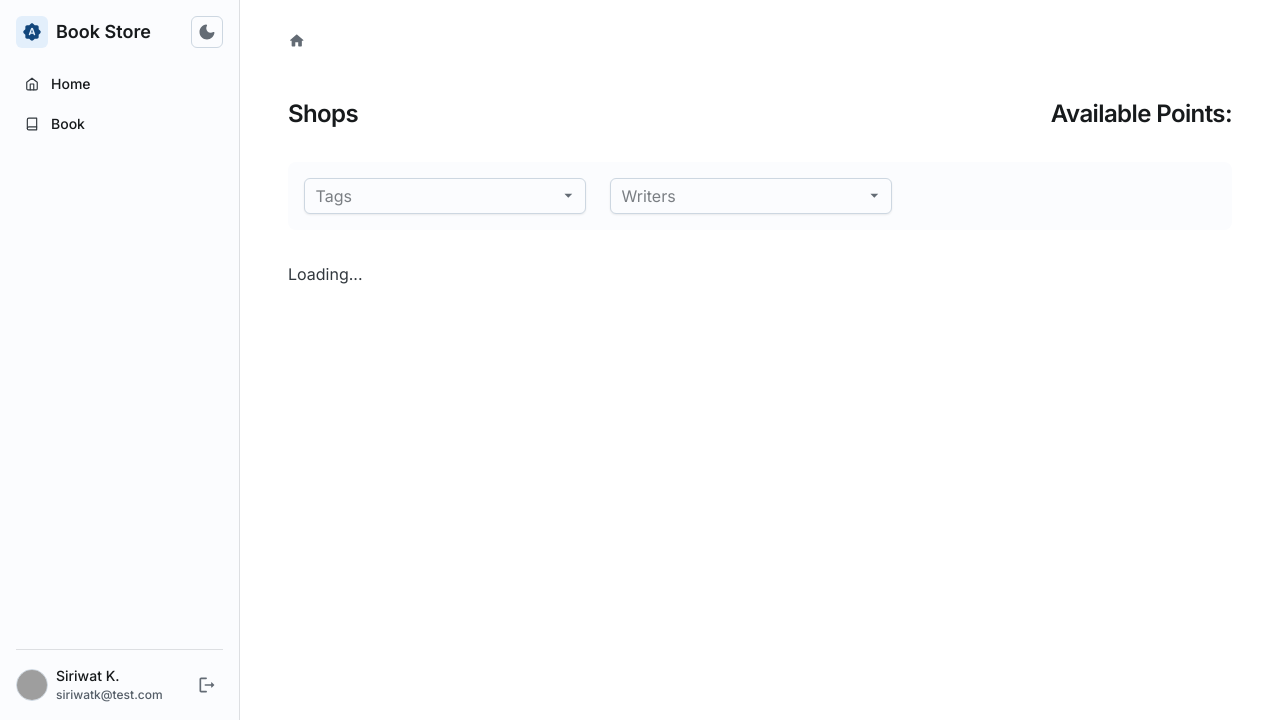
Repository: LaurentiusKevin/bookstore-fe
Page: /
These files come from the project's save history. The page is drawn as it stood at one moment and after the next save; the edit follows.
The browser window is 1280 px wide. The pictures show the whole page.
Pictures or frames that could not be fetched are drawn as grey boxes. The page's requests for data from a server got no answer. The project was rebuilt for these pictures with package versions that can differ from the ones it lists, and the page was loaded fresh each time. The framework's server and built-in components were replaced by stand-ins that run in the browser. No one was signed in, and anything a server would have sent is missing. Also part of the build but not shown: next.config.mjs, src/components/book-card.tsx.

Above is the page before, as saved 2024-04-07 05:49:49.

### src/app/layout.tsx
import type { Metadata } from "next";
import { Inter } from "next/font/google";
import "@fontsource/inter";
import ThemeRegistry from "@/components/admin/theme-registry";
import { Providers } from "@/providers";
import { ReactNode } from "react";

const inter = Inter({ subsets: ["latin"] });

export const metadata: Metadata = {
  title: "Create Next App",
  description: "Generated by create next app",
};

export default function RootLayout({
  children,
}: Readonly<{
  children: ReactNode;
}>) {
  return (
    <html lang="en">
      <body suppressHydrationWarning={true}>
        <ThemeRegistry options={{ key: "joy" }}>
          <Providers>{children}</Providers>
        </ThemeRegistry>
      </body>
    </html>
  );
}

### src/app/page.tsx
"use client";

import { bookListAPI, bookPurchaseAPI } from "@/apis/book.api";
import { latestPointAPI } from "@/apis/point.api";
import { tagListAPI } from "@/apis/tag.api";
import { writerListAPI } from "@/apis/writer.api";
import AdminLayout from "@/components/admin/admin-layout";
import BookCard from "@/components/book-card";
import { BookResponse, TagListParams, WriterListParams } from "@/interfaces";
import {
  AspectRatio,
  Autocomplete,
  Box,
  Button,
  Card,
  CardContent,
  Stack,
  Typography,
} from "@mui/joy";
import { useRouter } from "next/navigation";
import { useEffect, useRef, useState } from "react";

export default function Home() {
  const route = useRouter();
  const [page, setPage] = useState(1);
  const [pageSize, setPageSize] = useState(10);
  const [maxPage, setMaxPage] = useState(1);
  const [isLoading, setIsLoading] = useState(false);
  const [books, setBooks] = useState<BookResponse[]>([]);
  const [availablePoint, setAvailablePoint] = useState<number>(0);
  const [writerList, setWriterList] = useState<WriterListParams[]>([]);
  const [tagList, setTagList] = useState<TagListParams[]>([]);
  const [selectedTag, setSelectedTag] = useState<string[]>([]);
  const loaderRef = useRef(null);

  const token = localStorage.getItem("token");

  const initWriterList = async () => {
    const writer = await writerListAPI();

    setWriterList(writer?.data.data);
  };

  const initTagList = async () => {
    const tags = await tagListAPI();

    setTagList(tags?.data.data);
  };

  const initLatestPoint = async () => {
    const res = await latestPointAPI();
    setAvailablePoint(res?.data.data);
  };

  const initBookList = async () => {
    setIsLoading(true);
    const res = await bookListAPI({ page: page, pageSize: pageSize });

    if (res?.data.data.books) {
      setIsLoading(false);
      setBooks((prev) => [...prev, ...res?.data.data.books]);
      setMaxPage(res?.data.data.totalPage);
    }
  };

  const purchase = async (book_id: number) => {
    await bookPurchaseAPI(book_id);
    initLatestPoint();
  };

  useEffect(() => {
    initBookList();
    initLatestPoint();
  }, [page]);

  useEffect(() => {
    const options = {
      root: null,
      rootMargin: "0px",
      threshold: 0.8, // 80% from the top
    };

    const observer = new IntersectionObserver((entries) => {
      entries.forEach((entry) => {
        if (entry.isIntersecting && page <= maxPage) {
          setPage((prevPage) => prevPage + 1); // Load more data when the threshold is reached
        }
      });
    }, options);

    if (loaderRef.current) {
      observer.observe(loaderRef.current);
    }

    return () => {
      if (loaderRef.current) {
        observer.unobserve(loaderRef.current);
      }
    };
  }, []);

  return (
    <AdminLayout>
      <Box
        sx={{
          display: "flex",
          justifyContent: "space-between",
        }}
      >
        <Typography level="h3">Shops</Typography>
        <Typography level="h3">Available Points: {availablePoint}</Typography>
      </Box>
      <Card color="grey">
        <CardContent>
          <Stack flexDirection="row" gap={3}>
            <Autocomplete
              placeholder="Tags"
              multiple
              options={tagList?.map((item) => item.title) ?? []}
              onChange={(event, newValue) => setSelectedTag(newValue)}
            />
            <Autocomplete
              placeholder="Writers"
              multiple
              options={tagList?.map((item) => item.title) ?? []}
              onChange={(event, newValue) => setSelectedTag(newValue)}
            />
          </Stack>
        </CardContent>
      </Card>
      <Stack flexDirection="row" flexWrap="wrap" gap={2}>
        {books?.map((item, key) => (
          <BookCard item={item} purchase={purchase} />
        ))}
        <div ref={loaderRef}>Loading...</div>
      </Stack>
    </AdminLayout>
  );
}

### src/components/admin/theme-registry.tsx
"use client";
import createCache from "@emotion/cache";
import { useServerInsertedHTML } from "next/navigation";
import { CacheProvider } from "@emotion/react";
import { CssVarsProvider } from "@mui/joy/styles";
import CssBaseline from "@mui/joy/CssBaseline";
import * as React from "react";
import { ReactNode } from "react";

// This implementation is from emotion-js
// https://github.com/emotion-js/emotion/issues/2928#issuecomment-1319747902
export default function ThemeRegistry(props: {
  options: { key: string };
  children: ReactNode;
}) {
  const { options, children } = props;

  const [{ cache, flush }] = React.useState(() => {
    const cache = createCache(options);
    cache.compat = true;
    const prevInsert = cache.insert;
    let inserted: string[] = [];
    cache.insert = (...args) => {
      const serialized = args[1];
      if (cache.inserted[serialized.name] === undefined) {
        inserted.push(serialized.name);
      }
      return prevInsert(...args);
    };
    const flush = () => {
      const prevInserted = inserted;
      inserted = [];
      return prevInserted;
    };
    return { cache, flush };
  });

  useServerInsertedHTML(() => {
    const names = flush();
    if (names.length === 0) {
      return null;
    }
    let styles = "";
    for (const name of names) {
      styles += cache.inserted[name];
    }
    return (
      <style
        key={cache.key}
        data-emotion={`${cache.key} ${names.join(" ")}`}
        dangerouslySetInnerHTML={{
          __html: styles,
        }}
      />
    );
  });

  return (
    <CacheProvider value={cache}>
      <CssVarsProvider>
        {/* the custom theme is optional */}
        <CssBaseline />
        {children}
      </CssVarsProvider>
    </CacheProvider>
  );
}

### src/providers.tsx
"use client";

import React, { ReactNode } from "react";

export function Providers({ children }: { children: ReactNode }) {
  return <>{children}</>;
}

### src/apis/book.api.ts
import { AxiosError, AxiosResponse } from "axios";
import axiosInstance from "./axios-instance";
import { BookCreateParams, PaginationParams } from "@/interfaces";

export async function bookListAPI(params: PaginationParams) {
  return await axiosInstance
    .get(`/book?page=${params.page || 1}&pageSize=${params.pageSize || 10}`)
    .then((response: AxiosResponse) => {
      return response;
    })
    .catch((error: AxiosError) => {
      console.error(error);
      return null;
    });
}

export async function bookCreateAPI(params: BookCreateParams) {
  return await axiosInstance
    .post(`/book`, params)
    .then((response: AxiosResponse) => {
      return response;
    })
    .catch((error: AxiosError) => {
      console.error(error);
      return null;
    });
}

export async function bookPurchaseAPI(book_id: number) {
  return await axiosInstance
    .post(`/user-purchase`, { book_id: book_id })
    .then((response: AxiosResponse) => {
      return response;
    })
    .catch((error: AxiosError) => {
      console.error(error);
      return null;
    });
}

### src/apis/point.api.ts
import { AxiosError, AxiosResponse } from "axios";
import axiosInstance from "./axios-instance";

export async function latestPointAPI() {
  return await axiosInstance
    .get(`/point/latest`)
    .then((response: AxiosResponse) => {
      return response;
    })
    .catch((error: AxiosError) => {
      console.error(error);
      return null;
    });
}

### src/apis/tag.api.ts
import { AxiosError, AxiosResponse } from "axios";
import axiosInstance from "./axios-instance";

export async function tagListAPI() {
  return await axiosInstance
    .get(`/tags`)
    .then((response: AxiosResponse) => {
      return response;
    })
    .catch((error: AxiosError) => {
      console.error(error);
      return null;
    });
}

### src/apis/writer.api.ts
import { AxiosError, AxiosResponse } from "axios";
import axiosInstance from "./axios-instance";

export async function writerListAPI() {
  return await axiosInstance
    .get(`/writers`)
    .then((response: AxiosResponse) => {
      return response;
    })
    .catch((error: AxiosError) => {
      console.error(error);
      return null;
    });
}

### src/components/admin/admin-layout.tsx
import { Box, CssBaseline, CssVarsProvider, Stack } from "@mui/joy";
import Sidebar from "@/components/admin/sidebar";
import Header from "@/components/admin/header";
import Typography from "@mui/joy/Typography";
import * as React from "react";
import { ReactNode } from "react";
import AdminBreadcrumbs from "@/components/admin/breadcrumbs";

export default function AdminLayout({
  children,
  contentMaxWidth = undefined,
  pageTitle = undefined,
}: {
  children?: ReactNode;
  contentMaxWidth?: string | undefined;
  pageTitle?: string;
}) {
  return (
    <CssVarsProvider disableTransitionOnChange>
      <CssBaseline />
      <Box sx={{ display: "flex", minHeight: "100dvh" }}>
        <Sidebar />
        <Header />
        <Box
          component="main"
          className="MainContent"
          sx={{
            pt: { xs: "calc(12px + var(--Header-height))", md: 3 },
            pb: { xs: 2, sm: 2, md: 3 },
            flex: 1,
            display: "flex",
            flexDirection: "column",
            minWidth: 0,
            height: "100dvh",
            gap: 1,
            overflow: "auto",
          }}
        >
          <Box sx={{ flex: 1, width: "100%" }}>
            <Box
              sx={{
                position: "sticky",
                top: { sm: -100, md: -110 },
                bgcolor: "background.body",
                // zIndex: 9995,
              }}
            >
              <Box sx={{ px: { xs: 2, md: 6 } }}>
                <AdminBreadcrumbs />
                <Typography level="h2" component="h1" sx={{ mt: 1, mb: 2 }}>
                  {pageTitle}
                </Typography>
              </Box>
              <Stack
                spacing={4}
                sx={{
                  display: "flex",
                  maxWidth: contentMaxWidth,
                  mx: "auto",
                  px: { xs: 2, md: 6 },
                  py: { xs: 2, md: 3 },
                }}
              >
                {children}
              </Stack>
            </Box>
          </Box>
        </Box>
      </Box>
    </CssVarsProvider>
  );
}

### src/apis/axios-instance.ts
import axios from "axios";

const axiosInstance = axios.create({
  baseURL: process.env.NEXT_PUBLIC_API_URL,
});

axiosInstance.interceptors.request.use(async (config) => {
  const accessToken = localStorage.getItem("token") || "";
  config.headers.authorization = accessToken;

  // if (isTokenExpired(accessToken)) {
  //   const newAccessToken = await getNewToken();

  //   config.headers.AuthToken = `${newAccessToken}`;
  // }

  return config;
});

export default axiosInstance;

### src/components/admin/sidebar.tsx
import * as React from "react";
import GlobalStyles from "@mui/joy/GlobalStyles";
import Avatar from "@mui/joy/Avatar";
import Box from "@mui/joy/Box";
import Chip from "@mui/joy/Chip";
import Divider from "@mui/joy/Divider";
import IconButton from "@mui/joy/IconButton";
import List from "@mui/joy/List";
import ListItem from "@mui/joy/ListItem";
import ListItemButton, { listItemButtonClasses } from "@mui/joy/ListItemButton";
import ListItemContent from "@mui/joy/ListItemContent";
import Typography from "@mui/joy/Typography";
import Sheet from "@mui/joy/Sheet";
import HomeRoundedIcon from "@mui/icons-material/HomeRounded";
import AssignmentRoundedIcon from "@mui/icons-material/AssignmentRounded";
import QuestionAnswerRoundedIcon from "@mui/icons-material/QuestionAnswerRounded";
import LogoutRoundedIcon from "@mui/icons-material/LogoutRounded";
import BrightnessAutoRoundedIcon from "@mui/icons-material/BrightnessAutoRounded";
import KeyboardArrowDownIcon from "@mui/icons-material/KeyboardArrowDown";

import ColorSchemeToggle from "@/components/admin/color-scheme-toggle";
import { closeSidebar } from "@/utils";
import { FiBook, FiHome } from "react-icons/fi";

function Toggler({
  defaultExpanded = false,
  renderToggle,
  children,
}: {
  defaultExpanded?: boolean;
  children: React.ReactNode;
  renderToggle: (params: {
    open: boolean;
    setOpen: React.Dispatch<React.SetStateAction<boolean>>;
  }) => React.ReactNode;
}) {
  const [open, setOpen] = React.useState(defaultExpanded);
  return (
    <React.Fragment>
      {renderToggle({ open, setOpen })}
      <Box
        sx={{
          display: "grid",
          gridTemplateRows: open ? "1fr" : "0fr",
          transition: "0.2s ease",
          "& > *": {
            overflow: "hidden",
          },
        }}
      >
        {children}
      </Box>
    </React.Fragment>
  );
}

export default function Sidebar() {
  return (
    <Sheet
      className="Sidebar"
      sx={{
        position: { xs: "fixed", md: "sticky" },
        transform: {
          xs: "translateX(calc(100% * (var(--SideNavigation-slideIn, 0) - 1)))",
          md: "none",
        },
        transition: "transform 0.4s, width 0.4s",
        zIndex: 3,
        height: "100dvh",
        width: "var(--Sidebar-width)",
        top: 0,
        p: 2,
        flexShrink: 0,
        display: "flex",
        flexDirection: "column",
        gap: 2,
        borderRight: "1px solid",
        borderColor: "divider",
      }}
    >
      <GlobalStyles
        styles={(theme) => ({
          ":root": {
            "--Sidebar-width": "220px",
            [theme.breakpoints.up("lg")]: {
              "--Sidebar-width": "240px",
            },
          },
        })}
      />
      <Box
        className="Sidebar-overlay"
        sx={{
          position: "fixed",
          zIndex: 4,
          top: 0,
          left: 0,
          width: "100vw",
          height: "100vh",
          opacity: "var(--SideNavigation-slideIn)",
          backgroundColor: "var(--joy-palette-background-backdrop)",
          transition: "opacity 0.4s",
          transform: {
            xs: "translateX(calc(100% * (var(--SideNavigation-slideIn, 0) - 1) + var(--SideNavigation-slideIn, 0) * var(--Sidebar-width, 0px)))",
            lg: "translateX(-100%)",
          },
        }}
        onClick={() => closeSidebar()}
      />
      <Box sx={{ display: "flex", gap: 1, alignItems: "center" }}>
        <IconButton variant="soft" color="primary" size="sm">
          <BrightnessAutoRoundedIcon />
        </IconButton>
        <Typography level="title-lg">Book Store</Typography>
        <ColorSchemeToggle sx={{ ml: "auto" }} />
      </Box>
      <Box
        sx={{
          minHeight: 0,
          overflow: "hidden auto",
          flexGrow: 1,
          display: "flex",
          flexDirection: "column",
          [`& .${listItemButtonClasses.root}`]: {
            gap: 1.5,
          },
        }}
      >
        <List
          size="sm"
          sx={{
            gap: 1,
            "--List-nestedInsetStart": "30px",
            "--ListItem-radius": (theme) => theme.vars.radius.sm,
          }}
        >
          <ListItem>
            <ListItemButton component="a" href="/admin">
              <FiHome />
              <ListItemContent>
                <Typography level="title-sm">Home</Typography>
              </ListItemContent>
            </ListItemButton>
          </ListItem>
          <ListItem>
            <ListItemButton component="a" href="/admin/book">
              <FiBook />
              <ListItemContent>
                <Typography level="title-sm">Book</Typography>
              </ListItemContent>
            </ListItemButton>
          </ListItem>
        </List>
      </Box>
      <Divider />
      <Box sx={{ display: "flex", gap: 1, alignItems: "center" }}>
        <Avatar
          variant="outlined"
          size="sm"
          src="https://images.unsplash.com/photo-1535713875002-d1d0cf377fde?auto=format&fit=crop&w=286"
        />
        <Box sx={{ minWidth: 0, flex: 1 }}>
          <Typography level="title-sm">Siriwat K.</Typography>
          <Typography level="body-xs">siriwatk@test.com</Typography>
        </Box>
        <IconButton size="sm" variant="plain" color="neutral">
          <LogoutRoundedIcon />
        </IconButton>
      </Box>
    </Sheet>
  );
}

### src/components/admin/header.tsx
import * as React from "react";
import GlobalStyles from "@mui/joy/GlobalStyles";
import IconButton from "@mui/joy/IconButton";
import Sheet from "@mui/joy/Sheet";
import MenuRoundedIcon from "@mui/icons-material/MenuRounded";
import { toggleSidebar } from "@/utils";

export default function Header() {
  return (
    <Sheet
      sx={{
        display: { xs: "flex", md: "none" },
        alignItems: "center",
        justifyContent: "space-between",
        position: "fixed",
        top: 0,
        width: "100vw",
        height: "var(--Header-height)",
        zIndex: 2,
        p: 2,
        gap: 1,
        borderBottom: "1px solid",
        borderColor: "background.level1",
        boxShadow: "sm",
      }}
    >
      <GlobalStyles
        styles={(theme) => ({
          ":root": {
            "--Header-height": "52px",
            [theme.breakpoints.up("md")]: {
              "--Header-height": "0px",
            },
          },
        })}
      />
      <IconButton
        onClick={() => toggleSidebar()}
        variant="outlined"
        color="neutral"
        size="sm"
      >
        <MenuRoundedIcon />
      </IconButton>
    </Sheet>
  );
}

### src/components/admin/breadcrumbs.tsx
"use client";

import ChevronRightRoundedIcon from "@mui/icons-material/ChevronRightRounded";
import Link from "@mui/joy/Link";
import HomeRoundedIcon from "@mui/icons-material/HomeRounded";
import Breadcrumbs from "@mui/joy/Breadcrumbs";
import * as React from "react";
import { usePathname } from "next/navigation";

export default function AdminBreadcrumbs() {
  const paths = usePathname();
  const pathNames = paths
    .replace("-", " ")
    .split("/")
    .filter((path) => path);

  return (
    <Breadcrumbs
      size="sm"
      aria-label="breadcrumbs"
      separator={<ChevronRightRoundedIcon />}
      sx={{ pl: 0 }}
    >
      <Link underline="none" color="neutral" href="/admin" aria-label="Home">
        <HomeRoundedIcon />
      </Link>
      {pathNames.map((item, key) => {
        if (key >= 0 && item != "admin") {
          let href = `/${pathNames.slice(0, key + 1).join("/")}`;

          return (
            <Link
              key={`admin-breadcrumb-${key}`}
              underline="hover"
              color="neutral"
              href={href}
              fontSize={12}
              fontWeight={500}
            >
              {item.charAt(0).toUpperCase() + item.slice(1)}
            </Link>
          );
        }
      })}
    </Breadcrumbs>
  );
}

### src/components/admin/color-scheme-toggle.tsx
import * as React from "react";
import { useColorScheme } from "@mui/joy/styles";
import IconButton, { IconButtonProps } from "@mui/joy/IconButton";

import DarkModeRoundedIcon from "@mui/icons-material/DarkModeRounded";
import LightModeIcon from "@mui/icons-material/LightMode";

export default function ColorSchemeToggle(props: IconButtonProps) {
  const { onClick, sx, ...other } = props;
  const { mode, setMode } = useColorScheme();
  const [mounted, setMounted] = React.useState(false);
  React.useEffect(() => {
    setMounted(true);
  }, []);
  if (!mounted) {
    return (
      <IconButton
        size="sm"
        variant="outlined"
        color="neutral"
        {...other}
        sx={sx}
        disabled
      />
    );
  }
  return (
    <IconButton
      id="toggle-mode"
      size="sm"
      variant="outlined"
      color="neutral"
      {...props}
      onClick={(event) => {
        if (mode === "light") {
          setMode("dark");
        } else {
          setMode("light");
        }
        onClick?.(event);
      }}
      sx={[
        {
          "& > *:first-of-type": {
            display: mode === "dark" ? "none" : "initial",
          },
          "& > *:last-of-type": {
            display: mode === "light" ? "none" : "initial",
          },
        },
        ...(Array.isArray(sx) ? sx : [sx]),
      ]}
    >
      <DarkModeRoundedIcon />
      <LightModeIcon />
    </IconButton>
  );
}

### src/utils.ts
import moment from "moment/moment";

export function openSidebar() {
  if (typeof window !== "undefined") {
    document.body.style.overflow = "hidden";
    document.documentElement.style.setProperty("--SideNavigation-slideIn", "1");
  }
}

export function closeSidebar() {
  if (typeof window !== "undefined") {
    document.documentElement.style.removeProperty("--SideNavigation-slideIn");
    document.body.style.removeProperty("overflow");
  }
}

export function toggleSidebar() {
  if (typeof window !== "undefined" && typeof document !== "undefined") {
    const slideIn = window
      .getComputedStyle(document.documentElement)
      .getPropertyValue("--SideNavigation-slideIn");
    if (slideIn) {
      closeSidebar();
    } else {
      openSidebar();
    }
  }
}

export function dateTimeFormat(datetime: string) {
  return moment(datetime).format("MMM DD, YYYY (hh:mm:ss)");
}

export function roundUp(num: number, precision: number): number {
  precision = Math.pow(10, precision);
  return Math.ceil(num * precision) / precision;
}

After the next save:
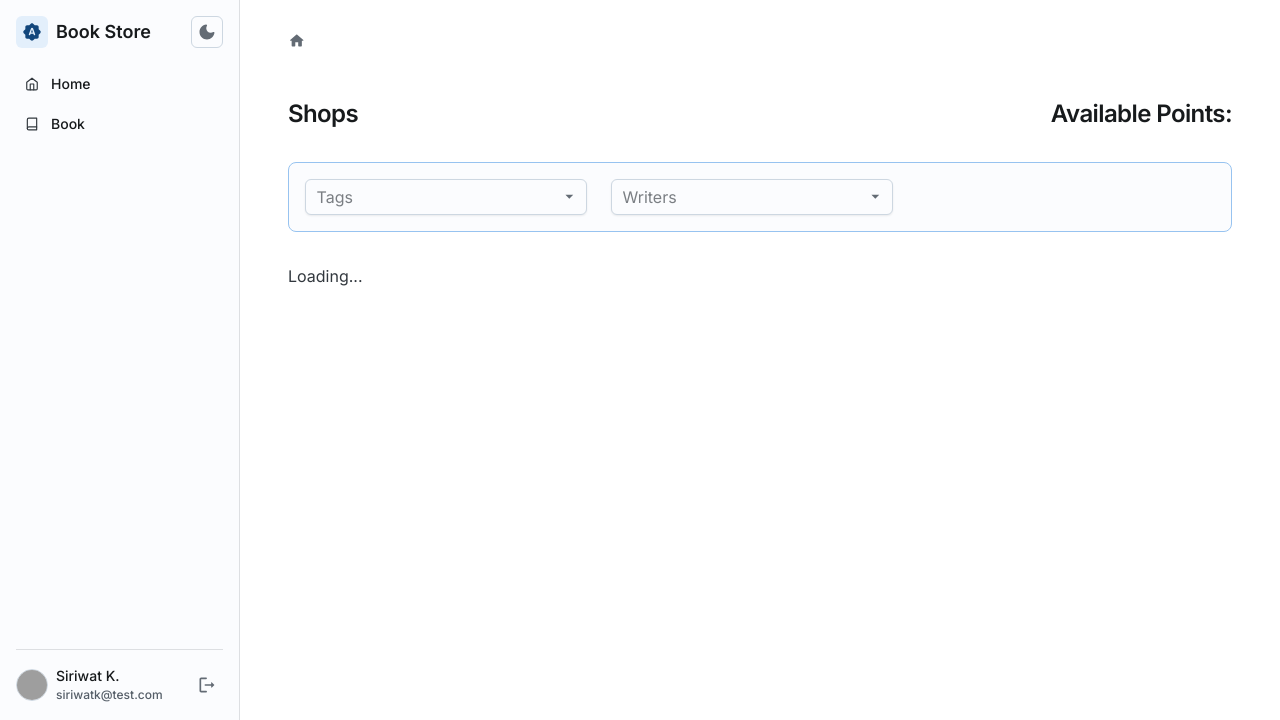
Saved 13 s later.
--- a/src/app/page.tsx
+++ b/src/app/page.tsx
@@ -110,7 +110,7 @@ export default function Home() {
         <Typography level="h3">Shops</Typography>
         <Typography level="h3">Available Points: {availablePoint}</Typography>
       </Box>
-      <Card color="grey">
+      <Card color="primary">
         <CardContent>
           <Stack flexDirection="row" gap={3}>
             <Autocomplete
